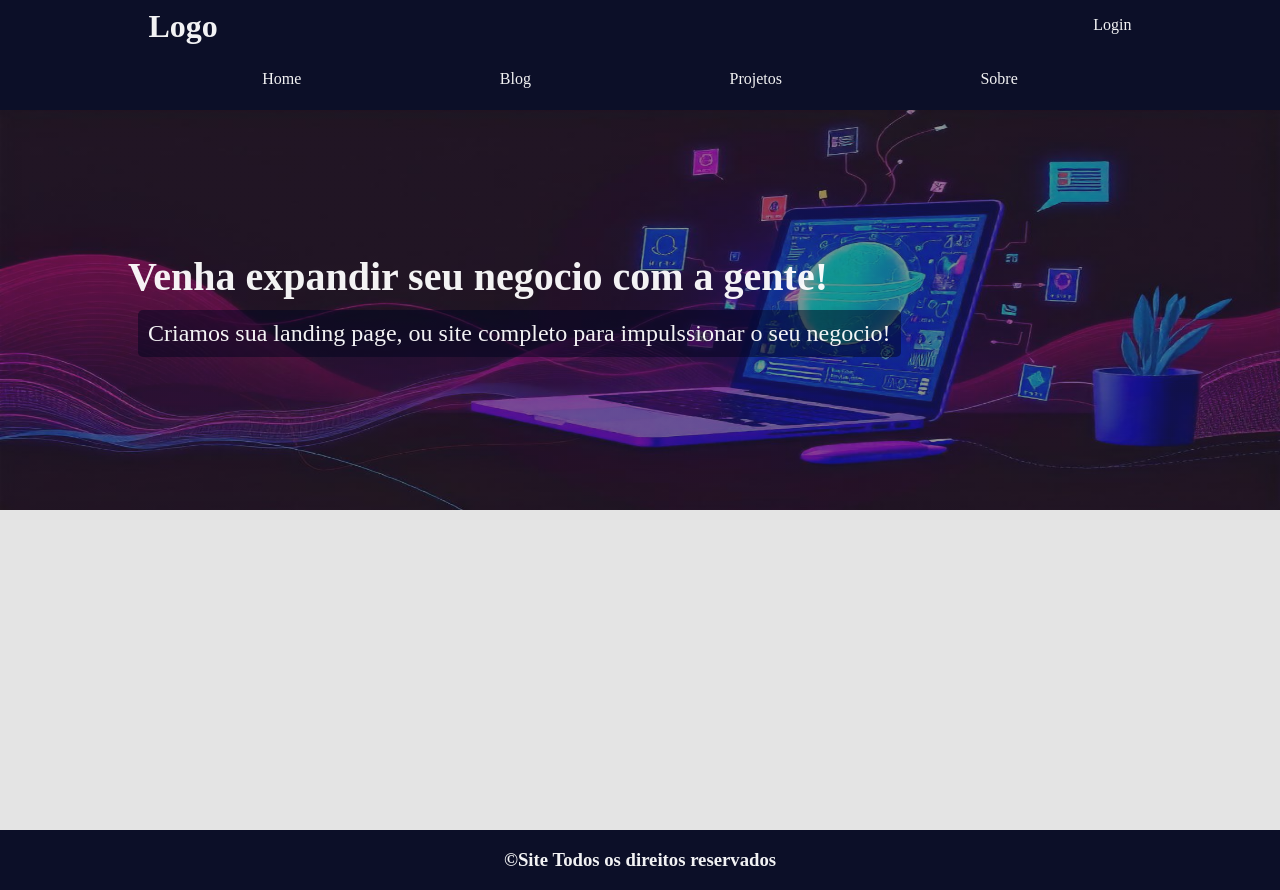
Repository: SauloMorais01/mysitefront-end
Page: src/pages/blog.html
These files come from the project's save history. The page is drawn as it stood at one moment and after the next save; the edit follows.
The browser window is 1280 px wide. The pictures show the whole page.
Some web libraries are served in a nearby version.

Above is the page before, as saved 2024-11-02 13:54:10.

### src/pages/blog.html
<!DOCTYPE html>
<html lang="pt-br">
<head>
    <meta charset="UTF-8">
    <meta name="viewport" content="width=device-width, initial-scale=1.0">
    <title>Titulo - status</title>
    <link rel="stylesheet" href="../css/style.css">
    <script src="../js/utils.js"></script>
    <script src="https://kit.fontawesome.com/0869671a59.js" crossorigin="anonymous"></script>
</head>
<body>
    <header class="primary-color hd-color-white">
        <div class="container">
            <div class="top-box flex">
                <div class="logo">
                    <a class="hd-color-white" href="/"><h1>Logo</h1></a>
                </div>
                <div class="login">
                    <a class="hd-color-white" href="/">Login</a>
                </div>
                <div class="hover-btn" id="hover-btn">
                    <i class="fa-solid fa-bars"></i>
                </div>
            </div>
        </div>
    </header>

    <section id="menu" class="sticky-top primary-color hd-color-white">
            <div class="container center">
                <a href="/">Home</a>
                <a href="./src/pages/blog.html">Blog</a>
                <a href="/">Projetos</a>
                <a href="/">Sobre</a>
            </div>
    </section>

    <section id="modal-mobile-menu" class="modal-mobile-menu hidden">
        <div class="container center">
            <div class="modal-div">
                <a href="/">Home</a>
            </div>
            <div class="modal-div">
                <a href="./src/pages/blog.html">Blog</a>
            </div>
           <div class="modal-div">
                <a href="/">Projetos</a>
           </div>
            <div class="modal-div">
                <a href="/">Sobre</a>
            </div>
        </div>
    </section>

    <main>
        <section class="info-top">
            <div class="container hd-color-white">
                <div class="info-top-top">
                    <h1>Venha expandir seu negocio com a gente!</h1>
                </div>
                <div class="info-top-p">
                    <p>Criamos sua landing page, ou site completo para impulssionar o seu negocio!</p>
                </div>
            </div>
        </section>

    </main>

    <footer class="primary-color center">
        <h3 class="hd-color-white">&copy;<strong>Site</strong> Todos os direitos reservados</h3>
    </footer>


    <script src="../js/main.js"></script>

    <script>
        app.update();
    </script>
</body>
</html>

### src/css/style.css
/* Primary configs */
:root {
    /* Colors */
    /* Bases */
    --primary-color: 234, 94%, 6%,;
    --secondary-color: 184, 86%, 66%,;
    --body-color: 0, 0%, 89%,;
    --white-color: 0, 0%, 100%,;
    --black-color: 0, 0%, 0%,;
    /* End Bases */

    /* Variations colors */
    --primary-color-normal: hsla(var(--primary-color) 0.95);
    --primary-color-medium: hsla(var(--primary-color) 0.5);
    --primary-color-light: hsla(var(--primary-color) 0.250);

    --secondary-color-normal: hsla(var(--secondary-color) 0.95);
    --secondary-color-medium: hsla(var(--secondary-color) 0.5);
    --secondary-color-light: hsla(var(--secondary-color) 0.250);

    --body-color-normal: hsla(var(--body-color) 0.95);
    --body-color-medium: hsla(var(--body-color) 0.5);
    --body-color-light: hsla(var(--body-color) 0.250);

    --black-color-normal: hsla(var(--black-color) 0.95);
    --black-color-medium: hsla(var(--black-color) 0.5);
    --black-color-light: hsla(var(--black-color) 0.250);

    --white-color-normal: hsla(var(--white-color) 0.95);
    --white-color-medium: hsla(var(--white-color) 0.5);
    --white-color-light: hsla(var(--white-color) 0.250);
    /* End variations colors */
    /* End Colors */

    /* Conf Sizes */
    --container-larger-l: 80%;
    --container-larger-m: 80%;
    --container-larger-s: 80%;
    --container-tablet: 90%;
    --container-small-d: 95%;
    --grid-width: 20%;
    --grid-height: 20%;
    /* End conf Sizes */
}

/* Global */
* {
    box-sizing: border-box;
    margin: 0;
    padding: 0;
}
/* End global */

/* pagina */
body {
    background: var(--body-color-normal);
}

a {
    list-style: none;
    text-decoration: none;
}


main {
    height: 100vh;
}

footer {
    height: 60px;
}

footer h3 {
    padding-top: 1.2rem;
}

.modal-mobile-menu {
    height: 90vh;
    width: 90vw;
    /* background: var(--white-color-normal); */
    background-image: linear-gradient(180deg, #222222, #4e4747);
    position: absolute;
    top: 5%;
    right: 5%;
    z-index: 1000;
    border-radius: 10px;
    border: 5px solid var(--secondary-color-normal);
    display: flex;
    flex-direction: row;
    justify-content: space-between;
}

.modal-div {
    background: var(--secondary-color-normal);
    margin: 10px 2.5%;
    padding: 10px;
    border-radius: 5px;
}

.modal-mobile-menu a {
    background: none;
    position: relative;
}

/* end pagina */

/* Utils */
.flex {
    display: flex;
}

.sticky-top {
    position: sticky;
    top: 0;
}

.center {
    text-align: center;
}

.right {
    text-align: right;
}

.left {
    text-align: left;
}

.grid-temp {
    width: var(--grid-width); height: var(--grid-height);
    display: grid;
    grid-template-columns: repeat(4, 1fr);
    grid-template-rows: repeat(4, 1fr);
}

.primary-color{
    background: var(--primary-color-normal);
}

.secondary-color{
    background: var(--secondary-color-normal);
}

.hd-color-black {
    color: var(--black-color-normal);
}

.hd-color-white {
    color: var(--white-color-normal);
}

.hidden {
    display: none;
}
/* End utils */



/* Responsividade */
@media (max-width: 575.99px) {
    .container {
        margin: 0 auto;
        width: var(--container-small-d);
    }

    header {
        height: 40px;
    }

    #menu {
        height: 40px;
        display:none;
    }

    #menu a {
        color: var(--white-color-normal);
        margin: 5px 2%;
        padding: 10px 5%;
    }

    #menu a:hover {
        background-color: var(--secondary-color-light);
        border-radius: 5px;
    }

    .hover-btn {
        position: absolute;
        right: 1rem;
        padding-top: 10px;
    }

    .hover-btn:hover {
        background: var(--primary-color-light);
        cursor: pointer;
    }

    .top-box {
        position: relative;
        padding-top: 2px;
    }

    .logo {
        position: absolute;
        left: 1%;
        font-size: 0.8rem;
    }

    .login {
        position: absolute;
        margin-top: 2px;
        right: 1%;
        display: none;
    }

    /* Main */
    .info-top{
        /* background: #4f0c6e; */
        height: 250px;
        background-image: linear-gradient(50deg, #2222227a, #2222227a), url(../img/freepik__generate-images-about-web-development__7459.jpeg);
        background-position: center;
        background-size: 100% 100%;
        display: flex;
        align-items: center;
        justify-content: center;
        /* background-repeat: no-repeat; */
    }

    .info-top h1 {
        font-size: 1.25rem;
    }

    .info-top p {
        text-align: center;
        font-size: 0.8rem;
        width: fit-content;
        font-size: 0.8rem;
        background: var(--primary-color-medium);
        border-radius: 5px;
        padding: 10px;
        font-family: Impact, Haettenschweiler, 'Arial Narrow Bold', sans-serif;
    }
}

@media (min-width: 576px) {
    .container {
        margin: 0 auto;
        width: var(--container-small-d);
    }

    header {
        height: 40px;
    }

    #menu {
        height: 40px;
        display:none;
    }

    #menu a {
        color: var(--white-color-normal);
        margin: 5px 2%;
        padding: 10px 5%;
    }

    #menu a:hover {
        background-color: var(--secondary-color-light);
        border-radius: 5px;
    }

    .top-box {
        position: relative;
        padding-top: 3px;
    }

    .logo {
        position: absolute;
        left: 1%;
        font-size: 0.8rem;
    }

    .login {
        position: absolute;
        margin-top: 3px;
        right: 1%;
        display: none;
    }

    .hover-btn {
        position: absolute;
        right: 1rem;
        padding-top: 10px;
    }

    .hover-btn:hover {
        background: var(--primary-color-light);
        cursor: pointer;
    }

    .top-box {
        position: relative;
        padding-top: 2px;
    }

    /* Main */
    .info-top{
        /* background: #4f0c6e; */
        height: 250px;
        background-image: linear-gradient(50deg, #2222227a, #2222227a), url(../img/freepik__generate-images-about-web-development__7459.jpeg);
        background-position: center;
        background-size: 100% 100%;
        display: flex;
        align-items: center;
        justify-content: center;
        /* background-repeat: no-repeat; */
    }

    .info-top h1 {
        font-size: 1.25rem;
    }

    .info-top p {
        text-align: center;
        width: fit-content;
        font-size: 0.8rem;
        background: var(--primary-color-medium);
        border-radius: 5px;
        padding: 10px;
    }
}

/* Medium devices (tablets, 768px and up) */
@media (min-width: 768px) {
    .container {
        margin: 0 auto;
        width: var(--container-tablet);
    }

    header {
        height: 50px;
    }

    #menu {
        height: 40px;
        display:none;
    }

    #menu a {
        color: var(--white-color-normal);
        margin: 5px 3%;
        padding: 10px 5%;
    }

    #menu a:hover {
        background-color: var(--secondary-color-light);
        border-radius: 5px;
    }

    .top-box {
        position: relative;
        padding-top: 6px;
    }

    .logo {
        position: absolute;
        left: 2%;
        font-size: 1rem;
    }

    .login {
        position: absolute;
        margin-top: 6px;
        right: 2%;
        display: none;
    }

    .hover-btn {
        position: absolute;
        right: 1rem;
        padding-top: 10px;
    }

    .hover-btn:hover {
        background: var(--primary-color-light);
        cursor: pointer;
    }

    .top-box {
        position: relative;
        padding-top: 2px;
    }

    /* Main */
    .info-top{
        /* background: #4f0c6e; */
        height: 300px;
        background-image: linear-gradient(50deg, #2222227a, #2222227a), url(../img/freepik__generate-images-about-web-development__7459.jpeg);
        background-position: center;
        background-size: 100% 100%;
        display: flex;
        align-items: center;
        justify-content: center;
        /* background-repeat: no-repeat; */
    }

    .info-top h1 {
        font-size: 1.5rem;
    }

    .info-top p {
        margin: 10px;
        font-size: 1.0rem;
    }
}

/* Large devices (desktops, 992px and up) */
@media (min-width: 992px) {
    .container {
        margin: 0 auto;
        width: var(--container-larger-s);
    }

    header {
        height: 60px;
    }

    #menu {
        height: 40px;
        display: block;
    }

    #menu a {
        color: var(--white-color-normal);
        margin: 5px 4%;
        padding: 10px 5%;
    }

    #menu a:hover {
        background-color: var(--secondary-color-light);
        border-radius: 5px;
    }

    .top-box {
        position: relative;
        padding-top: 8px;
    }

    .logo {
        position: absolute;
        left: 2%;
    }

    .login {
        position: absolute;
        margin-top: 8px;
        right: 2%;
        display: block;
    }

    .hover-btn {
        position: absolute;
        right: 1rem;
        padding-top: 10px;
        display: none;
        padding: 10px;
    }

    .hover-btn:hover {
        background: var(--primary-color-light);
        cursor: pointer;
    }


    /* Main */
    .info-top{
        /* background: #4f0c6e; */
        height: 350px;
        background-image: linear-gradient(50deg, #2222227a, #2222227a), url(../img/freepik__generate-images-about-web-development__7459.jpeg);
        background-position: center;
        background-size: 100% 100%;
        display: flex;
        align-items: center;
        justify-content: center;
        /* background-repeat: no-repeat; */
    }

    .info-top h1 {
        font-size: 2.0rem;
    }

    .info-top p {
        font-size: 1.0rem;
    }
}

/* X-Large devices (large desktops, 1200px and up) */
@media (min-width: 1200px) {
    .container {
        margin: 0 auto;
        width: var(--container-larger-m);
    }

    header {
        height: 70px;
    }

    #menu {
        height: 40px;
        display: block;
    }

    #menu a {
        color: var(--white-color-normal);
        margin: 5px 4.5%;
        padding: 10px 5%;
    }

    #menu a:hover {
        background-color: var(--secondary-color-light);
        border-radius: 5px;
    }

    .top-box {
        position: relative;
        padding-top: 8px;
    }

    .logo {
        position: absolute;
        left: 2%;
    }

    .login {
        position: absolute;
        margin-top: 8px;
        right: 2%;
    }

    /* Main */
    .info-top{
        /* background: #4f0c6e; */
        height: 400px;
        background-image: linear-gradient(50deg, #2222227a, #2222227a), url(../img/freepik__generate-images-about-web-development__7459.jpeg);
        background-position: center;
        background-size: 100% 100%;
        display: flex;
        align-items: center;
        justify-content: center;
        /* background-repeat: no-repeat; */
    }

    .info-top h1 {
        font-size: 2.5rem;
    }

    .info-top p {
        font-size: 1.5rem;
    }
}

/* XX-Large devices (larger desktops, 1400px and up) */
@media (min-width: 1400px) {
    .container {
        margin: 0 auto;
        width: var(--container-larger-l);
    }

    header {
        height: 75px;
    }

    #menu {
        height: 40px;
        display: block;
    }

    #menu a {
        color: var(--white-color-normal);
        margin: 5px 5%;
        padding: 10px 5%;
        font-family: 'Trebuchet MS', 'Lucida Sans Unicode', 'Lucida Grande', 'Lucida Sans', Arial, sans-serif;
        font-weight: bold;
    }

    #menu a:hover {
        background-color: var(--secondary-color-light);
        border-radius: 5px;
    }

    .top-box {
        position: relative;
        padding-top: 10px;
    }

    .logo {
        position: absolute;
        left: 2%;
    }

    .login {
        position: absolute;
        margin-top: 10px;
        right: 2%;
    }

    /* Main */
    .info-top{
        /* background: #4f0c6e; */
        height: 400px;
        background-image: linear-gradient(50deg, #2222227a, #2222227a), url(../img/freepik__generate-images-about-web-development__7459.jpeg);
        background-position: center;
        background-size: 100% 100%;
        display: flex;
        align-items: center;
        justify-content: center;
        /* background-repeat: no-repeat; */
    }

    .info-top h1 {
        font-size: 2.5rem;
        font-family: monospace;
    }

    .info-top p {
        font-size: 1.5rem;
        font-family: Impact, Haettenschweiler, 'Arial Narrow Bold', sans-serif;
    }
}
/* End responsividade */

### src/js/utils.js
class MenuController {
    /**
     * @param {HTMLElement} btnMenu
     * @param {HTMLElement} menuHover
     */
    constructor(btnMenu, menuHover) {
        this.btnMenuRoot = btnMenu
        this.menuHoverRoot = menuHover;
    }

    /**
     * @returns {HTMLElement} menuHover
     */
    get menuHoverRoot() {
        return this._menuHover
    }

    /**
     * @param {HTMLElement} root
     */
    set menuHoverRoot(root) {
        return this._menuHover = root;
    }

    /**
     * @returns {HTMLElement} btnMenu
     */
    get btnMenuRoot() {
        return this._btnMenu
    }

    /**
     * @param {HTMLElement} root
     */
    set btnMenuRoot(root) {
        return this._btnMenu = root;
    }

    /**
     * @returns {void}
     */
    showMenu() {
        this.btnMenuRoot.onclick = () => {
            if(this.menuHoverRoot.classList.contains('hidden')) {
                return this.menuHoverRoot.classList.remove('hidden');
            } else {
                return this.menuHoverRoot.classList.add('hidden');
            }
        }
    }
}

### src/js/main.js
class Main {
    constructor() {
        this.btnMenu = document.getElementById('hover-btn');
        this.hoverMenu = document.getElementById('modal-mobile-menu');
        this.menuController = new MenuController(this.btnMenu, this.hoverMenu);
    }

    /**
     * @param {HTMLElement} root
     */
    set btnMenu(root) {
        return this._menuBtn = root;
    }

    /**
     * @returns {HTMLElement} btnMenu
     */
    get btnMenu() {
        return this._menuBtn
    }

    /**
     * @param {HTMLElement} root
     */
    set hoverMenu(root) {
        return this._hoverMenu = root;
    }

    /**
     * @returns {HTMLElement} hoverMenu
     */
    get hoverMenu() {
        return this._hoverMenu
    }


    update() {
        this.menuController.showMenu();
    }
}


const app = new Main();

After the next save:
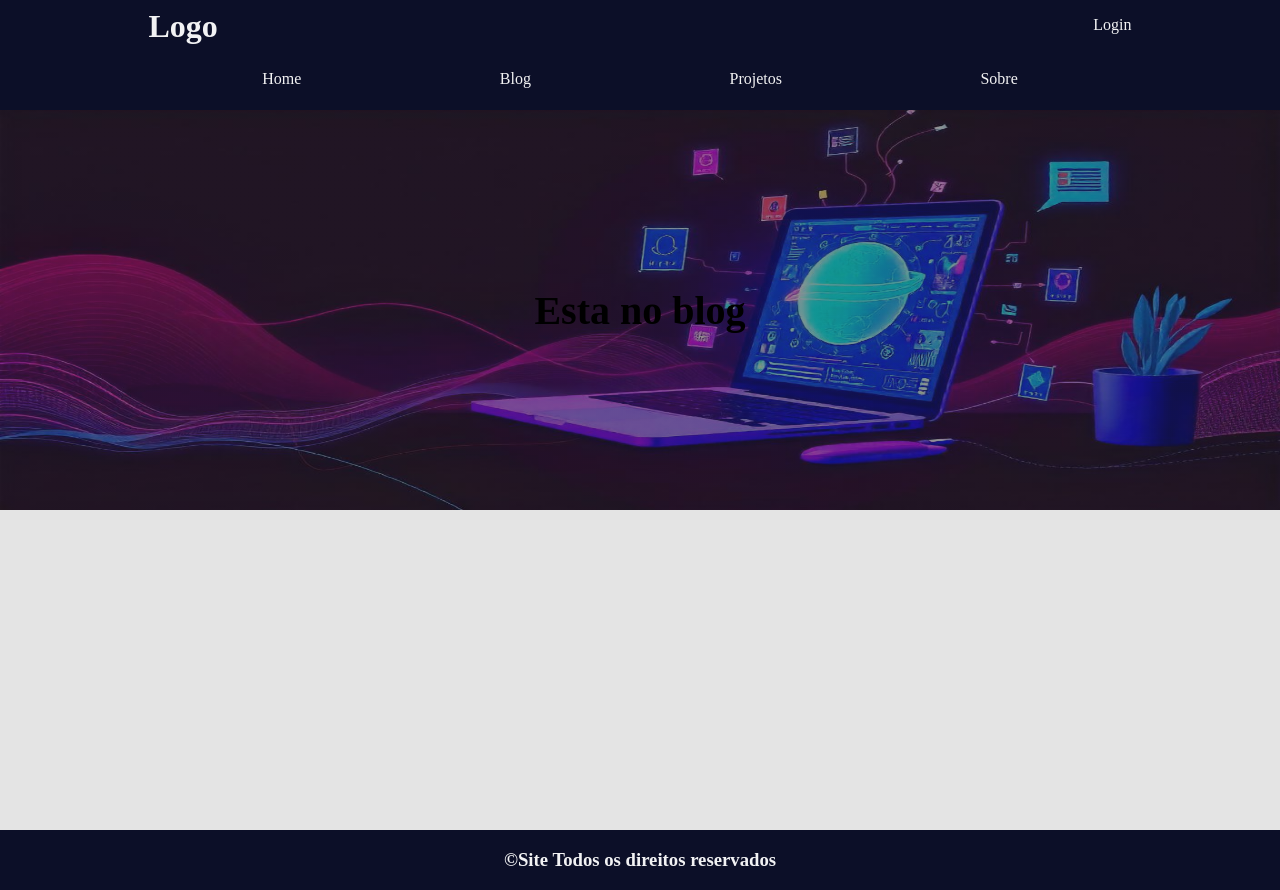
Saved 47 s later.
--- a/src/pages/blog.html
+++ b/src/pages/blog.html
@@ -53,14 +53,7 @@
 
     <main>
         <section class="info-top">
-            <div class="container hd-color-white">
-                <div class="info-top-top">
-                    <h1>Venha expandir seu negocio com a gente!</h1>
-                </div>
-                <div class="info-top-p">
-                    <p>Criamos sua landing page, ou site completo para impulssionar o seu negocio!</p>
-                </div>
-            </div>
+            <h1>Esta no blog</h1>
         </section>
 
     </main>
